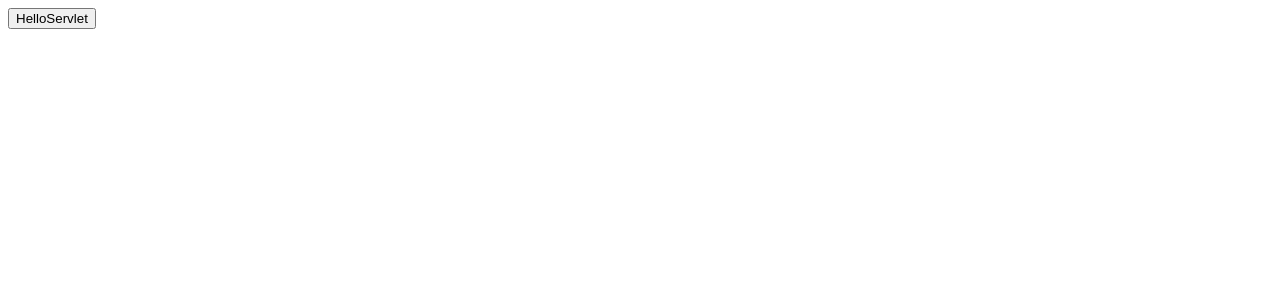
Repository: shimizuyusuke/backup
Page: http://localhost/HelloServlet2/
An editor plug-in stored every save of this project. The page is shown before and after the next save, followed by the edit.
The browser window is 1280 px wide. The pictures show the whole page.
The page is served by Tomcat 9. Other server files are loaded and not shown.

Above is the page before, as saved 2018-01-17 08:03:45.

### HelloServlet2/WebContent/index.jsp
<%@ page language="java" contentType="text/html; charset=UTF-8"
    pageEncoding="UTF-8"%>
<!DOCTYPE html>
<html>
<head>
<meta charset="UTF-8">
<title>HelloServlet</title>
</head>
<body>

<input type="button" value="HelloServlet" onClick="location.href='HelloServlet'">


</body>
</html>

After the next save:
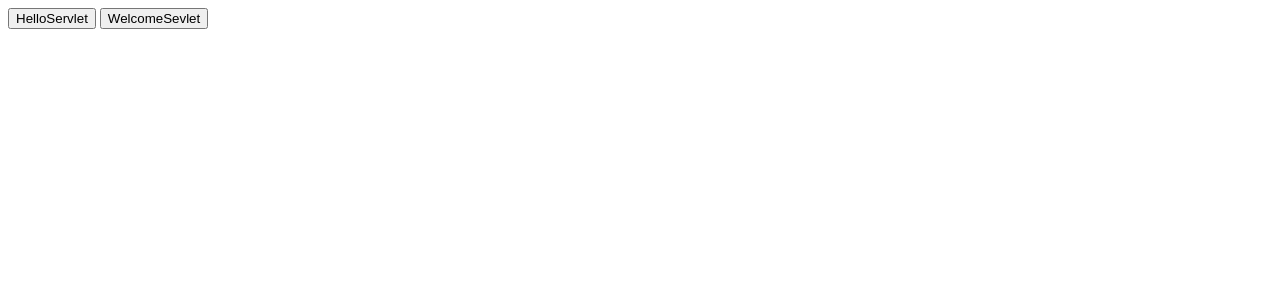
Saved 19 min 15 s later.
--- a/HelloServlet2/WebContent/index.jsp
+++ b/HelloServlet2/WebContent/index.jsp
@@ -9,6 +9,7 @@
 <body>
 
 <input type="button" value="HelloServlet" onClick="location.href='HelloServlet'">
+<input type="button" value="WelcomeSevlet" onClick="location.href='welcome.jsp'">
 
 
 </body>
